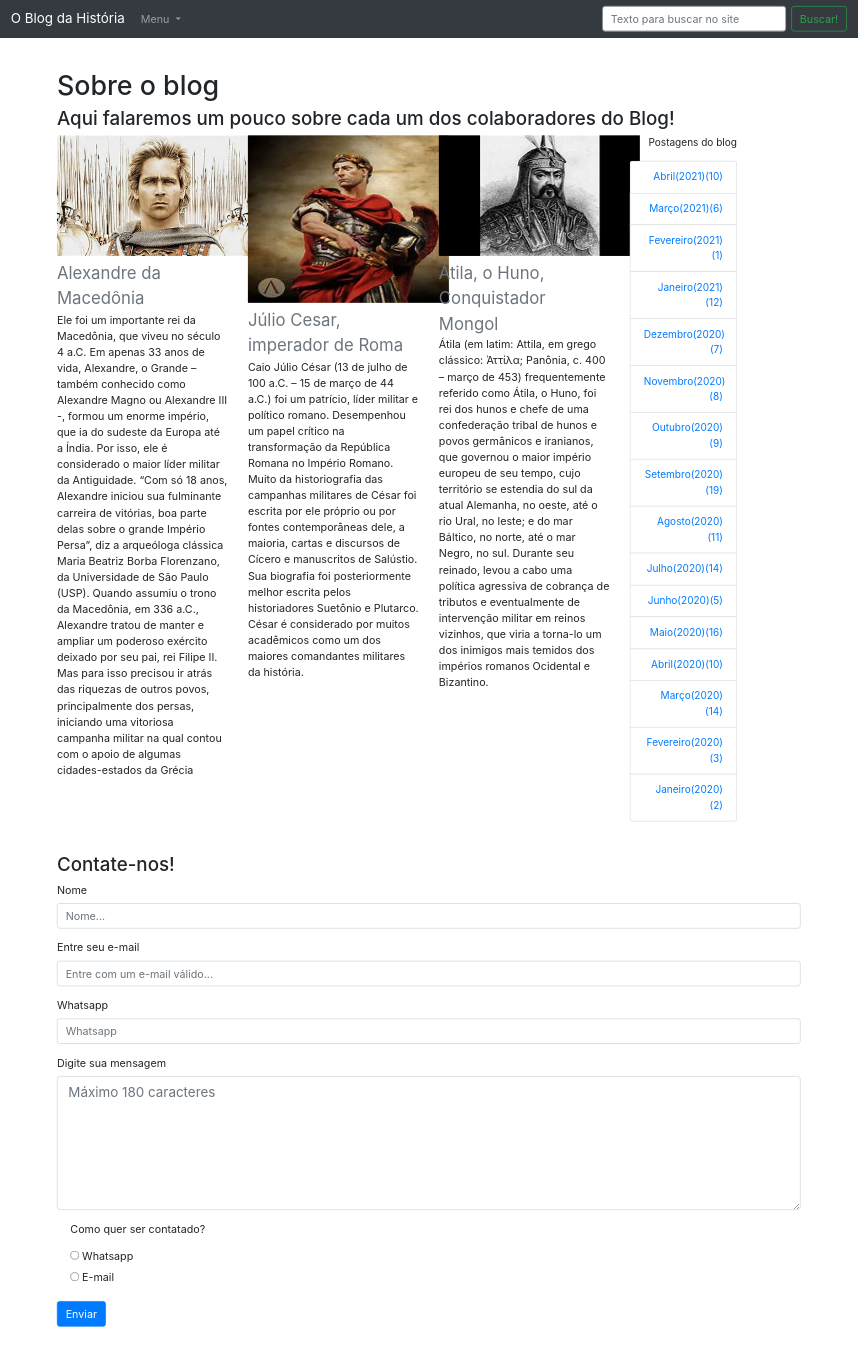
Repository: xhenrique/blog_layout_bootstrap
Page: source/sobre.html
An editor plug-in stored every save of this project. The page is shown before and after the next save, followed by the edit.
The browser window is 1280 px wide. The pictures show the whole page, at 67% of full size.

Above is the page before, as saved 2021-04-25 03:00:19.

After the next save:
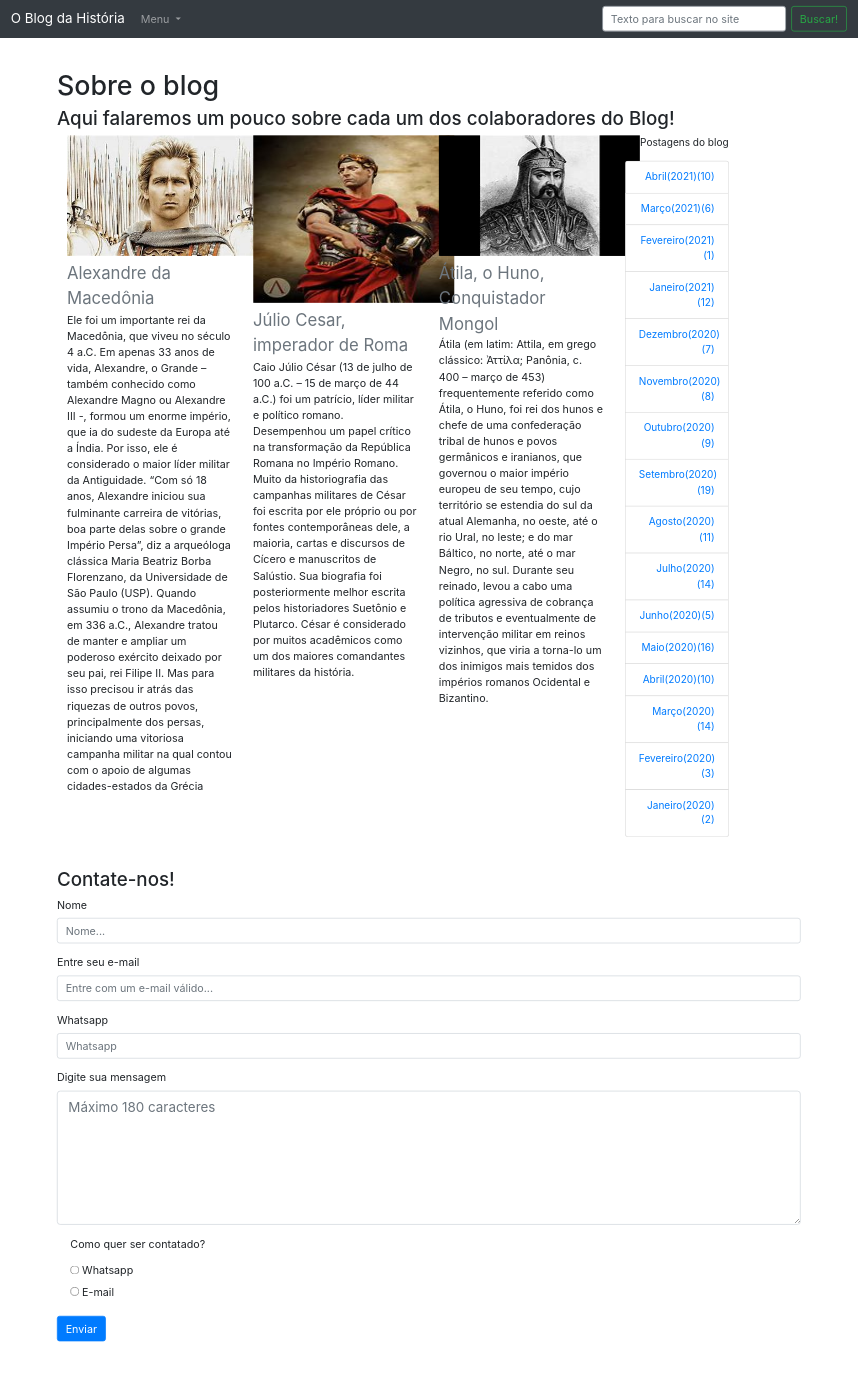
Saved 86 s later.
--- a/source/sobre.html
+++ b/source/sobre.html
@@ -50,7 +50,7 @@
             <h1>Sobre o blog</h1>
             <h3>Aqui falaremos um pouco sobre cada um dos colaboradores do Blog!</h3>
         </div>
-        <div class="row d-flex">
+        <div class="d-flex flex-row">
             <div class="col-md-3">
                 <img class="figure-img" src="../img/alexandre.jpg" alt="Xandão"  style="height: 180px; width: 300px">
                 <figcaption class="figure-caption" style="font-size: 25px;">

After the save that followed:
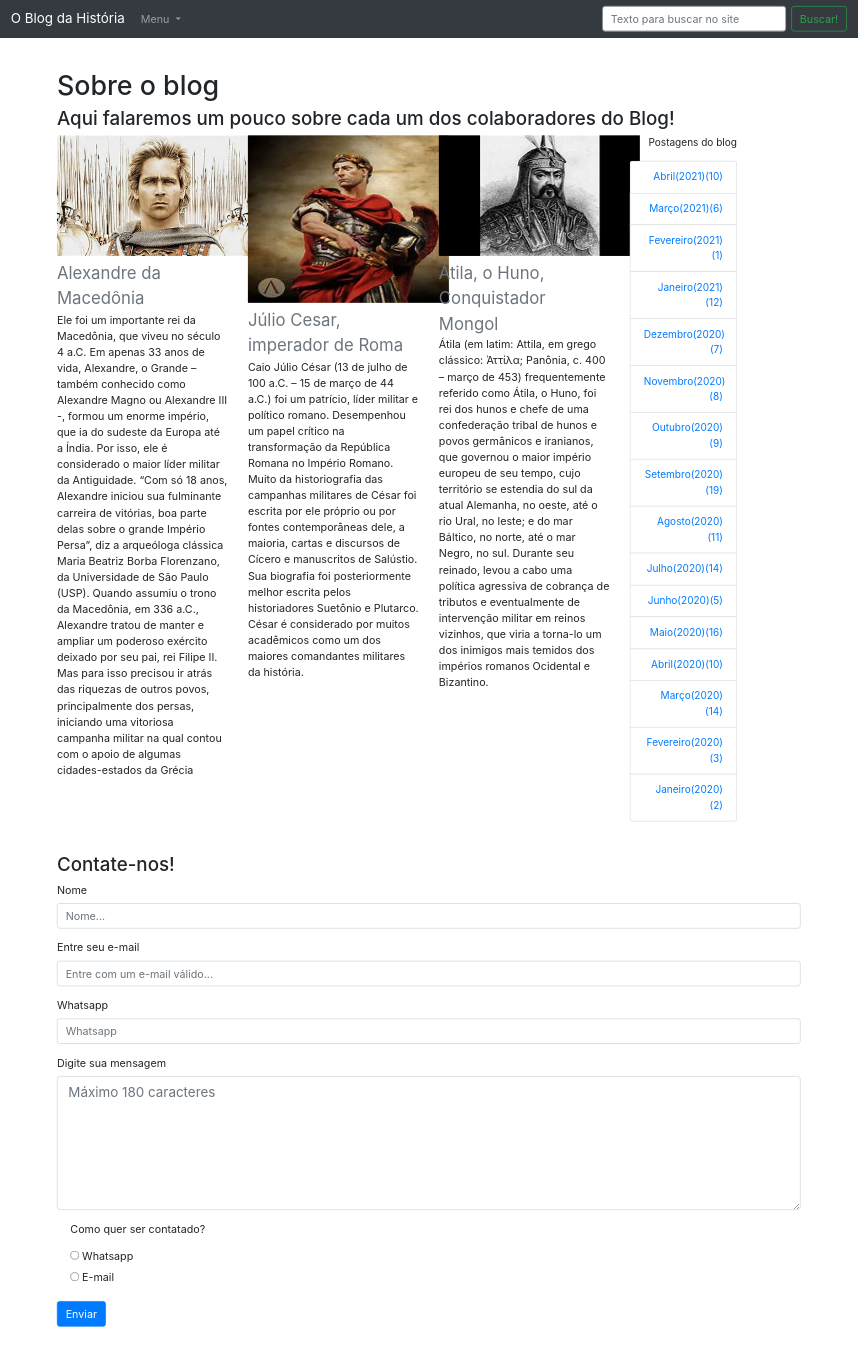
Saved 36 s later.
--- a/source/sobre.html
+++ b/source/sobre.html
@@ -50,7 +50,7 @@
             <h1>Sobre o blog</h1>
             <h3>Aqui falaremos um pouco sobre cada um dos colaboradores do Blog!</h3>
         </div>
-        <div class="d-flex flex-row">
+        <div class="row d-flex">
             <div class="col-md-3">
                 <img class="figure-img" src="../img/alexandre.jpg" alt="Xandão"  style="height: 180px; width: 300px">
                 <figcaption class="figure-caption" style="font-size: 25px;">
